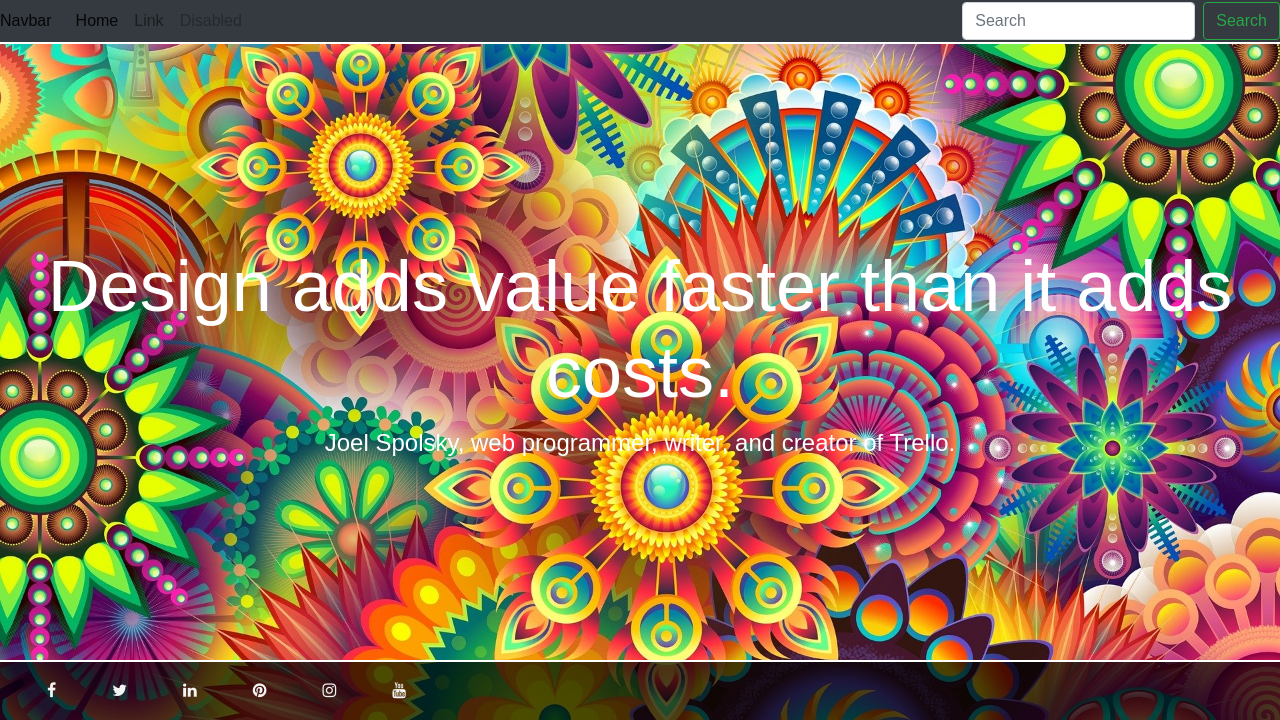
Repository: lemon-squeezy/milestone-project-1
Page: index.html
The author's editor kept a record of every edit. The page is drawn from the files as they stood at one moment, then again after the next edit.
The browser window is 1280 px wide. The pictures show the whole page.
An inner scrolling area shows only its first screen. Some web libraries are served in a nearby version.

Above is the page before.

After the next edit:
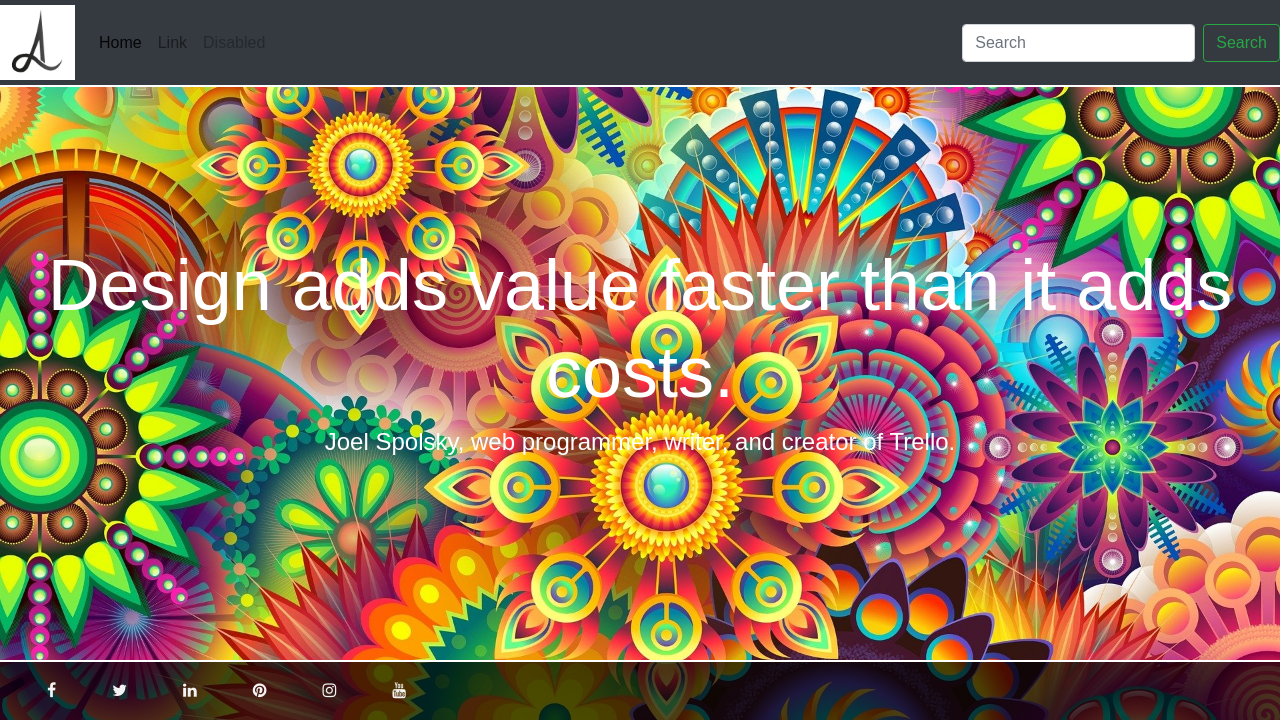
The edit:
--- a/index.html
+++ b/index.html
@@ -18,7 +18,7 @@
   <button class="navbar-toggler" type="button" data-toggle="collapse" data-target="#navbarTogglerDemo03" aria-controls="navbarTogglerDemo03" aria-expanded="false" aria-label="Toggle navigation">
     <span class="navbar-toggler-icon"></span>
   </button>
-  <a class="navbar-brand" href="#">Navbar</a>
+  <a class="navbar-brand" href="#"><img src="images/Logo.jpg"></a>
 
   <div class="collapse navbar-collapse" id="navbarTogglerDemo03">
     <ul class="navbar-nav mr-auto mt-2 mt-lg-0">
